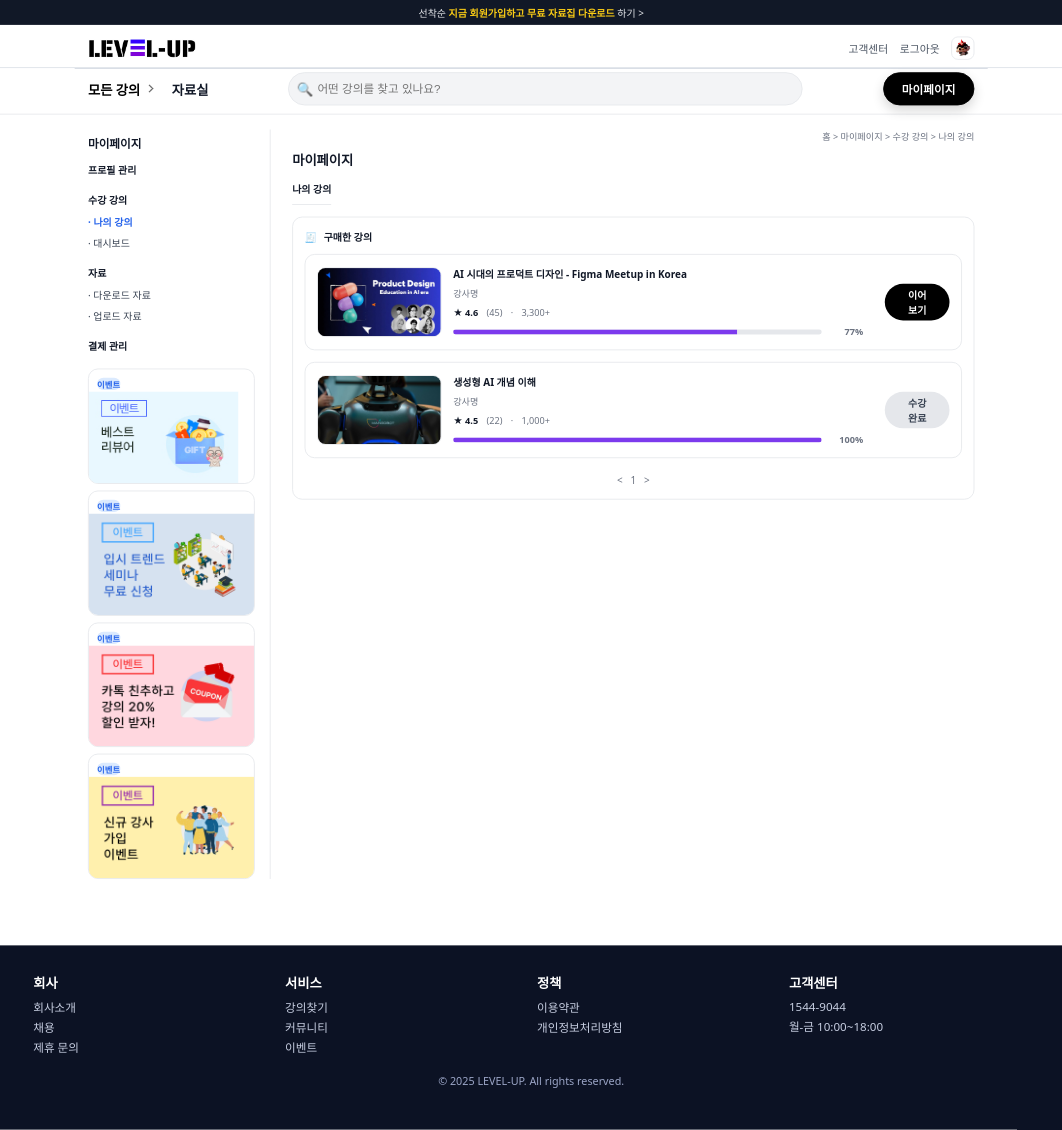
Repository: Iimchaehoon/level_up
Page: mypage.html
An editor plug-in stored every save of this project. The page is shown before and after the next save, followed by the edit.
The browser window is 1280 px wide. The pictures show the whole page, at 83% of full size.

Above is the page before, as saved 2025-12-16 23:23:47.

After the next save:
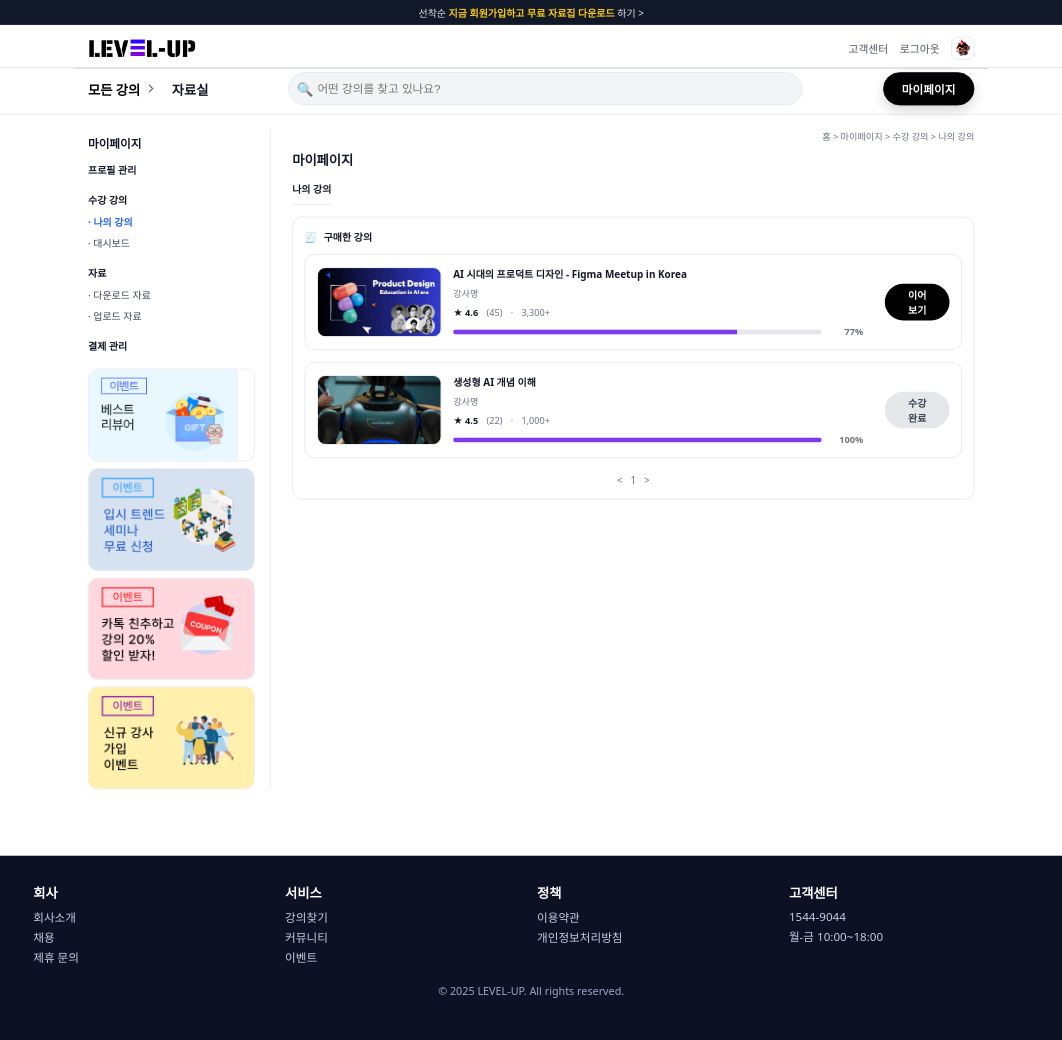
Saved 43 s later.
--- a/mypage.html
+++ b/mypage.html
@@ -414,10 +414,10 @@
 
       <!-- ✅ 광고: 네가 말한 lecture 폴더 기준(img5~img8) -->
       <div class="side__cards">
-        <div class="evt"><span class="evt__badge">이벤트</span><img src="./lecture/img5.png" alt="이벤트 1" /></div>
-        <div class="evt"><span class="evt__badge">이벤트</span><img src="./lecture/img6.png" alt="이벤트 2" /></div>
-        <div class="evt"><span class="evt__badge">이벤트</span><img src="./lecture/img7.png" alt="이벤트 3" /></div>
-        <div class="evt"><span class="evt__badge">이벤트</span><img src="./lecture/img8.png" alt="이벤트 4" /></div>
+        <div class="evt"><img src="./lecture/img5.png" alt="이벤트 1" /></div>
+        <div class="evt"><img src="./lecture/img6.png" alt="이벤트 2" /></div>
+        <div class="evt"><img src="./lecture/img7.png" alt="이벤트 3" /></div>
+        <div class="evt"><img src="./lecture/img8.png" alt="이벤트 4" /></div>
       </div>
     </aside>
 
